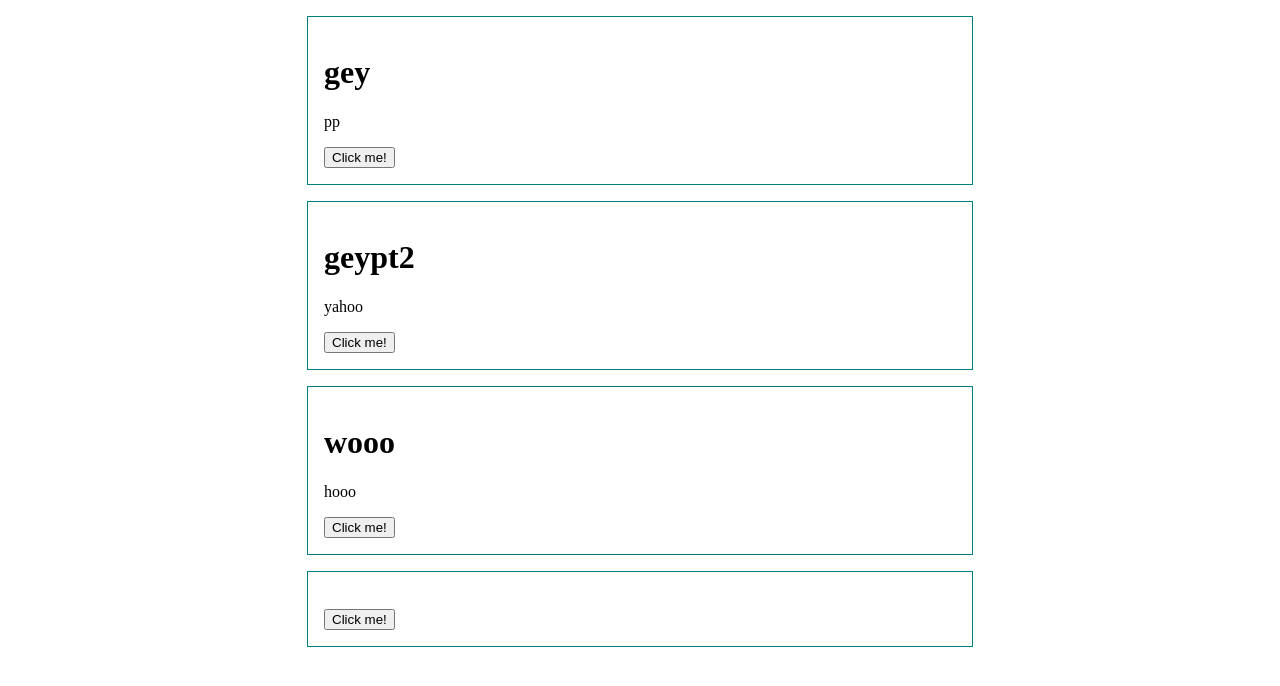
Repository: Sophia-Wan/COMP3170-Lab1
Page: / (app in Lab1/)
These files come from the project's save history. The page is drawn as it stood at one moment and after the next save; the edit follows.
The browser window is 1280 px wide. The pictures show the whole page.
The project was rebuilt for these pictures with package versions that can differ from the ones it lists, and the page was loaded fresh each time. Also part of the build but not shown: Lab1/vite.config.js.

Above is the page before, as saved 2025-09-08 12:24:43.

After the next save:
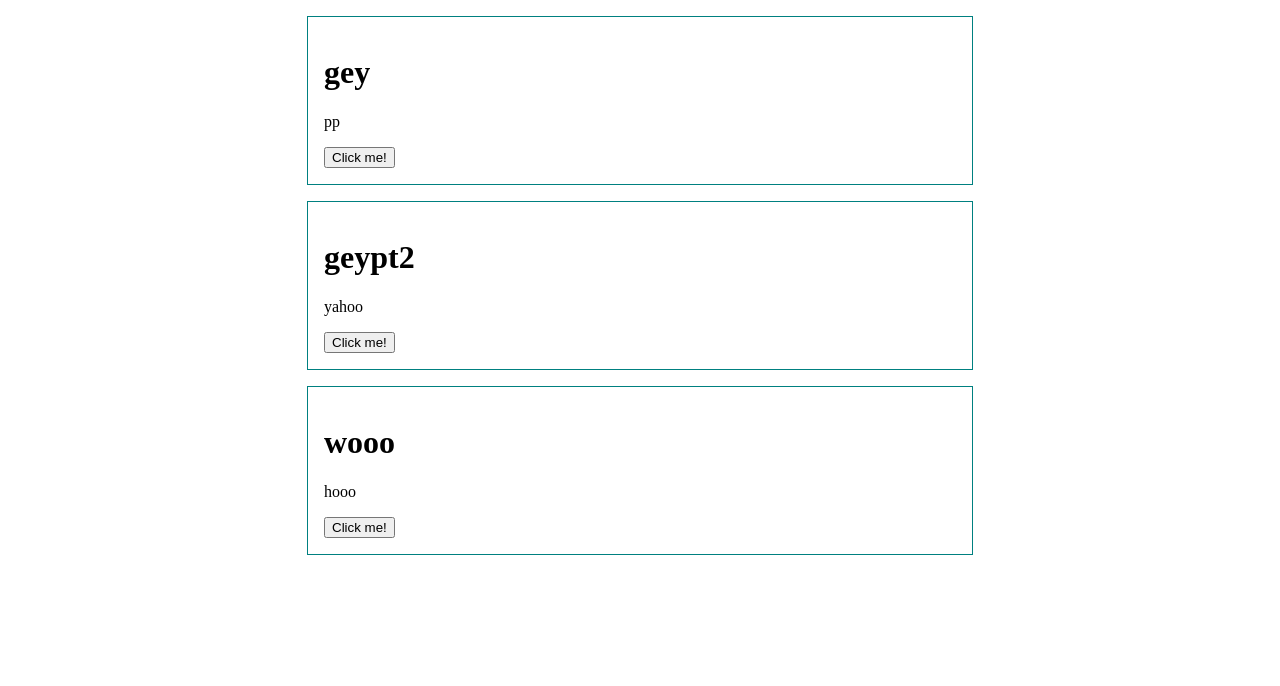
Saved 6 s later.
--- a/Lab1/src/main.jsx
+++ b/Lab1/src/main.jsx
@@ -7,6 +7,5 @@ import Excerpt from "./Excerpt.jsx";
 createRoot(document.getElementById("root")).render(
     <StrictMode>
         <App />
-        <Excerpt />
     </StrictMode>
 );
